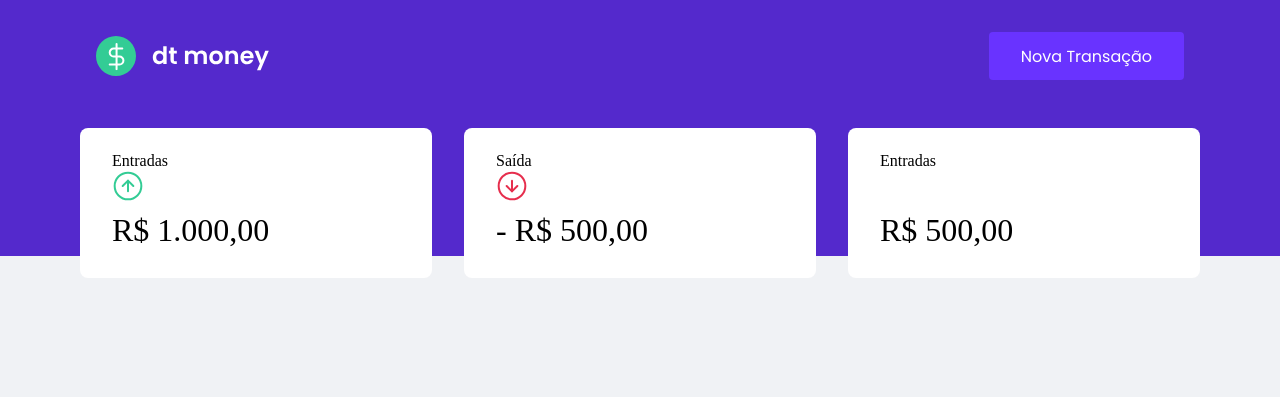
Repository: viniciusfg05/vlmoney
Page: /
These files come from the project's save history. The page is drawn as it stood at one moment and after the next save; the edit follows.
The browser window is 1280 px wide. The pictures show the whole page.
The project was rebuilt for these pictures with package versions that can differ from the ones it lists, and the page was loaded fresh each time.

Above is the page before, as saved 2022-02-21 14:32:45.

After the next save:
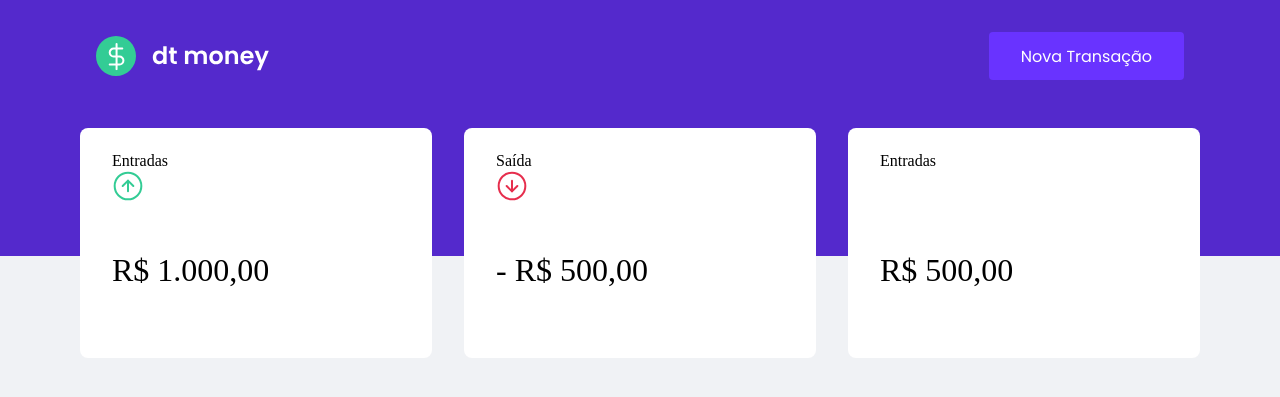
Saved 4 s later.
--- a/src/components/summary/styles.ts
+++ b/src/components/summary/styles.ts
@@ -22,7 +22,7 @@
       margin-top: 1rem;
       font-size: 2rem;
       font-weight: normal;
-      line-height: 3rem;
+      line-height: 8rem;
     }
   }
  `;

After the save that followed:
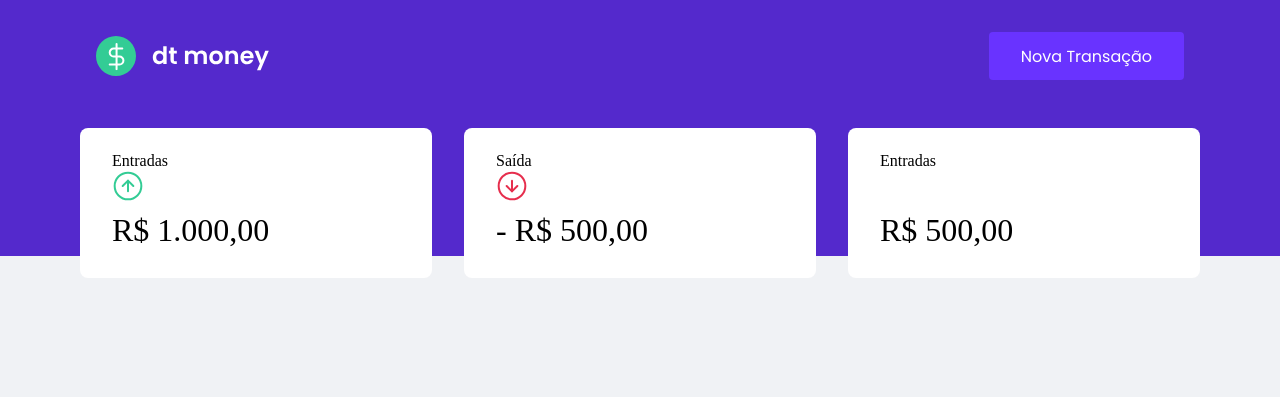
Saved 5 s later.
--- a/src/components/summary/styles.ts
+++ b/src/components/summary/styles.ts
@@ -22,7 +22,7 @@
       margin-top: 1rem;
       font-size: 2rem;
       font-weight: normal;
-      line-height: 8rem;
+      line-height: 3rem;
     }
   }
  `;
